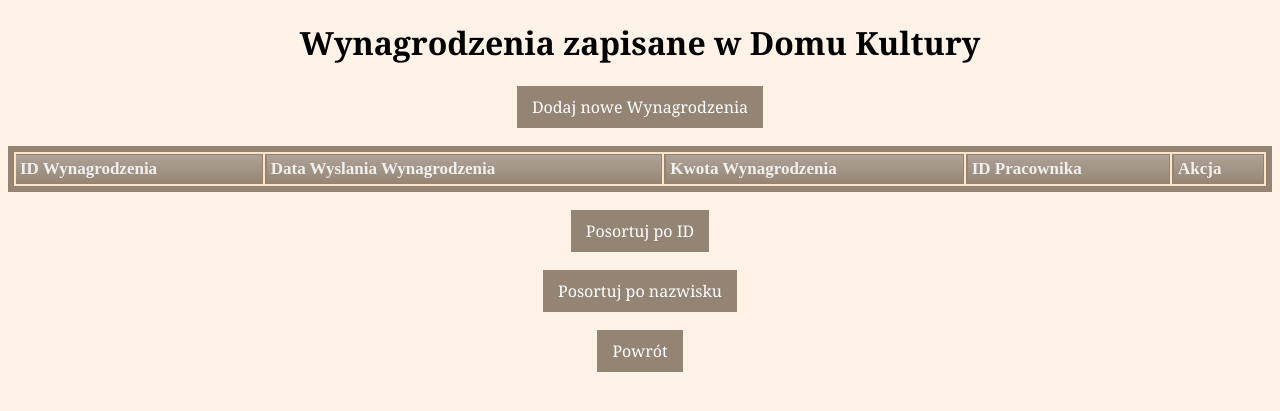
Repository: marcinRuta/houseOfCulture-crud-webapp-database
Page: http://localhost/wynagrodzenia
These files come from the project's save history. The page is drawn as it stood at one moment and after the next save; the edit follows.
The browser window is 1280 px wide. The pictures show the whole page.
The page is this project's Thymeleaf template; nobody is signed in. The template is opened directly, without the code that normally fills it, so the values that code supplies are empty.

Above is the page before, as saved 2021-01-14 11:02:53.

### DomKultury/src/main/resources/templates/wynagrodzenia.html
<!DOCTYPE html>
<html xmlns="http://www.w3.org/1999/xhtml"
	xmlns:th="http://www.thymeleaf.org">
<head>
<meta charset="UTF-8">
<title>Aplikacja do obsługi Domu Kultury</title>
<link rel="stylesheet" href="../static/css/tabele.css" th:href="@{/css/tabele.css}" >
</head>
<body>

	<div align="center">
		<!--  Page header  -->
		<h1>Wynagrodzenia zapisane w Domu Kultury</h1>
		<a href="/newWYN">Dodaj nowe Wynagrodzenia</a>
		<br/> <br/>

		<!-- Table -->
	<table class="cinereousTable">

			<!-- Entry to a new page -->


			<!-- Table header -->
			<thead>
				<tr>
					<th>ID Wynagrodzenia</th>
					<th>Data Wyslania Wynagrodzenia</th>
					<th>Kwota Wynagrodzenia</th>
					<th>ID Pracownika</th>
					<th>Akcja</th>
				</tr>
			</thead>

			<!-- Table body-->
			<tbody>
				<tr th:each="Wynagrodzenia : ${listWynagrodzenia}">
					<td th:text="${Wynagrodzenia.ID_Wynagrodzenia}">ID_Wynagrodzenia</td>
					<td th:text="${Wynagrodzenia.Data_Wyslania_Wynagrodzenia}">Data_Wyslania_Wynagrodzenia</td>
					<td th:text="${Wynagrodzenia.Kwota_Wynagrodzenia}">Kwota_Wynagrodzenia</td>
					<td th:text="${Wynagrodzenia.ID_Pracownika}">ID_Pracownika</td>

					<td><a th:href="@{'/editWYN/' + ${Wynagrodzenia.ID_Wynagrodzenia}}">Edit</a>
						&nbsp;&nbsp;&nbsp;&nbsp;
					<a th:href="@{'/deleteWYN/' +${Wynagrodzenia.ID_Wynagrodzenia}}">Delete</a></td>
				</tr>
			</tbody>
		</table>
		<br/>
		<a th:href="@{/P}">Posortuj po ID</a> <br/> <br/>
		<a th:href="@{/RefreshPNazw}">Posortuj po nazwisku</a>
		<br/>
		<br/>
		<!-- EXIT -->
		<a href="/tables">Powrót</a>

	</div>
</body>
</html>

### DomKultury/src/main/resources/static/css/tabele.css

table.cinereousTable {
  border: 6px solid #948473;
  background-color: #FFE3C6;
  width: 100%;
  text-align: center;
}
table.cinereousTable td, table.cinereousTable th {
  border: 1px solid #948473;
  padding: 4px 4px;
}
table.cinereousTable tbody td {
  font-size: 13px;
}
table.cinereousTable thead {
  background: #948473;
  background: -moz-linear-gradient(top, #afa396 0%, #9e9081 66%, #948473 100%);
  background: -webkit-linear-gradient(top, #afa396 0%, #9e9081 66%, #948473 100%);
  background: linear-gradient(to bottom, #afa396 0%, #9e9081 66%, #948473 100%);
}
table.cinereousTable thead th {
  font-size: 17px;
  font-weight: bold;
  color: #F0F0F0;
  text-align: left;
  border-left: 2px solid #948473;
}
table.cinereousTable thead th:first-child {
  border-left: none;
}

table.cinereousTable tfoot td {
  font-size: 16px;
}

body {
  background-color: #FFF3E7;
}
h1 {
  color: black;
  font-family: Georgia, serif;
}
p {
  color: black;
}
a:link, a:visited {
  background-color: #948473;
  color: white;
  padding: 10px 15px;
  text-align: center;
  text-decoration: none;
  display: inline-block;
  font-family: Georgia, serif;
}

a:hover, a:active {
  background-color: 948473;
}
.button {
  background-color: #948473; /* Green */
  border: none;
  color: white;
  padding: 10px 14px;
  text-align: center;
  text-decoration: none;
  display: inline-block;
  font-size: 16px;
  font-family: Georgia, serif;
  transition-duration: 0.4s;
}

.button:hover {
 background-color: #3D362F ;
  border: none;
  color: white;
  padding: 10px 11px;
  text-align: center;
  text-decoration: none;
  display: inline-block;
  font-size: 16px;
  font-family: Georgia, serif;

}

After the next save:
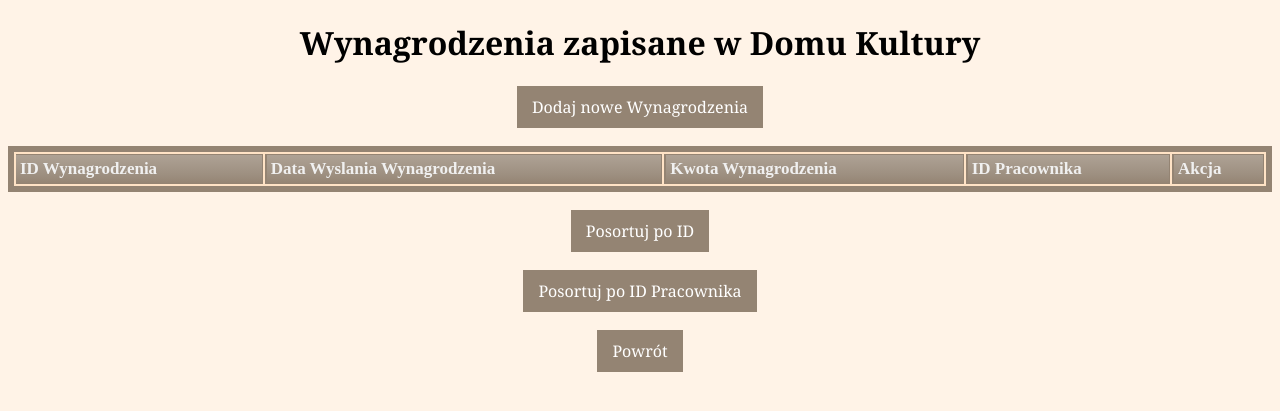
Saved 21 s later.
--- a/DomKultury/src/main/resources/templates/wynagrodzenia.html
+++ b/DomKultury/src/main/resources/templates/wynagrodzenia.html
@@ -47,7 +47,7 @@
 		</table>
 		<br/>
 		<a th:href="@{/P}">Posortuj po ID</a> <br/> <br/>
-		<a th:href="@{/RefreshPNazw}">Posortuj po nazwisku</a>
+		<a th:href="@{/RefreshWynPrac}">Posortuj po ID Pracownika</a>
 		<br/>
 		<br/>
 		<!-- EXIT -->
